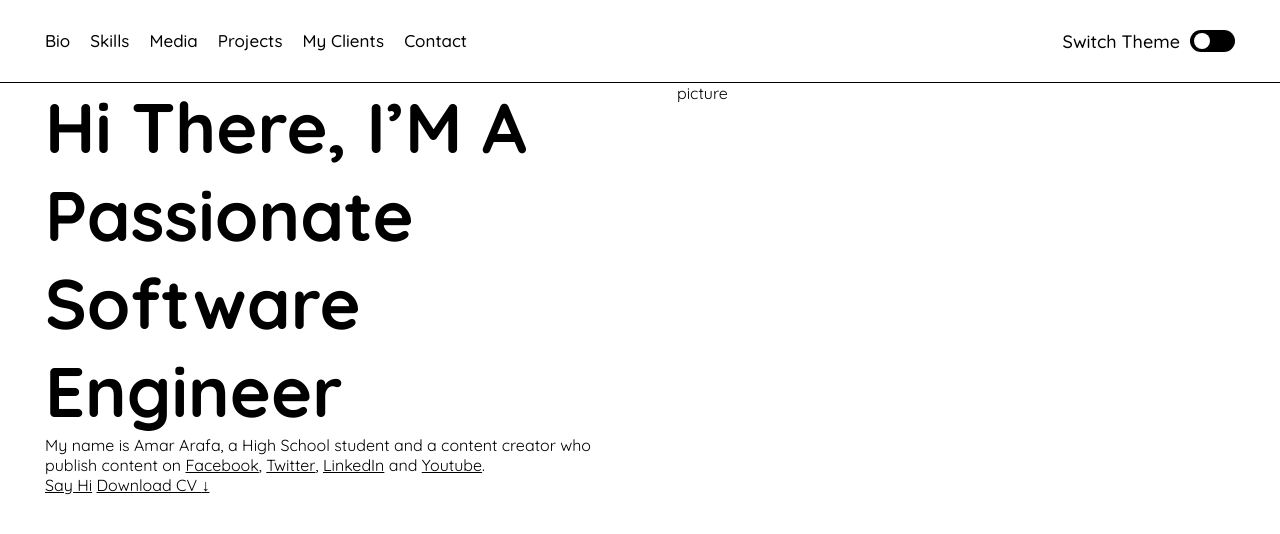
Repository: benarafa1/personal-website
Page: index.html
An editor plug-in stored every save of this project. The page is shown before and after the next save, followed by the edit.
The browser window is 1280 px wide. The pictures show the whole page.

Above is the page before, as saved 2025-04-12 07:27:58.

### index.html
<!DOCTYPE html>
<html lang="en">
  <head>
    <meta charset="UTF-8" />
    <meta name="viewport" content="width=device-width, initial-scale=1.0" />
    <link rel="preconnect" href="https://fonts.googleapis.com" />
    <link rel="preconnect" href="https://fonts.gstatic.com" crossorigin />
    <link rel="preconnect" href="https://fonts.googleapis.com" />
    <link rel="preconnect" href="https://fonts.gstatic.com" crossorigin />
    <link
      href="https://fonts.googleapis.com/css2?family=Quicksand:wght@300..700&family=Roboto:ital,wght@0,100;0,300;0,400;0,500;0,700;0,900;1,100;1,300;1,400;1,500;1,700;1,900&display=swap"
      rel="stylesheet"
    />

    <link rel="stylesheet" href="style.css" />
    <title>Amar Arafa</title>
  </head>

  <body>
    <div class="container">
      <header class="header">
        <nav class="navigation">
          <ul class="navigation__list">
            <li><a class="navigation__link" href="#">Bio</a></li>
            <li><a class="navigation__link" href="#">Skills</a></li>
            <li><a class="navigation__link" href="#">Media</a></li>
            <li><a class="navigation__link" href="#">Projects</a></li>
            <li><a class="navigation__link" href="#">My Clients</a></li>
            <li><a class="navigation__link" href="#">Contact</a></li>
          </ul>
        </nav>
        <div class="toggle">
          <h3 class="toggle__title">Switch Theme</h3>
          <input
            type="checkbox"
            name="toggle__checkbox"
            id="checkbox"
            class="toggle__checkbox"
          />
          <label for="checkbox" class="toggle__label"></label>
        </div>
      </header>
      <section class="bio section">
        <div class="bio__data-part">
          <h1 class="bio__heading">
            Hi There, I’M A Passionate Software Engineer
          </h1>
          <p class="bio__objevtive">
            My name is <span class="bio__name">Amar Arafa</span>, a High School
            student and a content creator who publish content on
            <a href="#" class="bio__Facebook">Facebook</a>,
            <a href="#" class="bio__Twitter">Twitter</a>,
            <a href="#" class="bio__LinkedIn">LinkedIn</a> and
            <a href="#" class="bio__Youtube">Youtube</a>.
          </p>
          <a href="#" class="bio__links say-hi-link">Say Hi</a>
          <a href="#" class="bio__links download-cv-link"
            >Download CV <span class="bio__arrow">↓</span></a
          >
        </div>
        <div class="bio__pic-part">picture</div>
      </section>
    </div>
  </body>
</html>

### style.css
:root {
  --container-width: 119rem;
  --gutter: 2rem;
  --color-black: #000;
  --color-white: #fff;
  --color-blue: #2374e1;
  --color-light-blue: #1d9bf0;
  --color-dark-blue: #0a66c2;
  --color-darker-blue: #143ce8;
  --color-red: #ff0000;
  --color-green: #03a696;
  --color-grey: #f6f6f6;
  --color-dark-green: #42959b;
  --color-background: var(--color-white);
  --color-text: var(--color-black);
  --color-box-img: var(--color-black);
  --color-link-bg: var(--color-black);
  --color-input-border: var(--color-black);
  --font-family-Roboto: "Roboto";
  --font-family-Quicksand: "Quicksand", sans-serif;
  --font-weight-regular: 400;
  --font-weight-medium: 500;
  --font-weight-semi-bold: 600;
  --font-weight-bold: 700;
  --font-size-70: 7rem;
  --font-size-65: 6.5rem;
  --font-size-40: 4rem;
  --font-size-38: 3.8rem;
  --font-size-24: 2.4rem;
  --font-size-22: 2.2rem;
  --font-size-20: 2rem;
  --font-size-18: 1.8rem;
  --font-size-15: 1.5rem;
  --transition-timing: 0.3s;
}

/* start CSS Reset */
*,
*::before,
*::after {
  box-sizing: border-box;
  margin: 0;
  padding: 0;
  font: inherit;
}

a {
  color: inherit;
  display: inline-block;
}

button {
  background-color: transparent;
  border: none;
  cursor: pointer;
}

ul,
ol {
  list-style: none;
}
/* end CSS Reset */

body {
  font-size: 1.6rem;
  font-family: var(--font-family-Quicksand);
}

html {
  font-size: 62.5%;
  scroll-behavior: smooth;
  scroll-padding-top: 11rem;
}

.container {
  margin: 0 auto;
  width: var(--container-width);
}

.navigation__list {
  display: flex;
  gap: 2rem;
}
.navigation__link:link,
.navigation__link:visited {
  font-weight: var(--font-weight-medium);
  text-decoration: none;
  font-size: 1.7rem;
}

.navigation__link:hover,
.navigation__link:active {
  text-decoration: underline;
}

.header {
  position: relative;
  padding: 3rem 0;
  display: flex;
  justify-content: center;
}
.header::before {
  content: "";
  position: absolute;
  height: 100%;
  width: 100vw;
  top: 0;
  z-index: -1;
  border-bottom: 0.1rem solid var(--color-input-border);
}

/* toggle start */
.toggle {
  display: flex;
  gap: 1rem;
  margin-left: auto;
}
.toggle__title {
  font-weight: var(--font-weight-medium);
  font-size: var(--font-size-18);
}
.toggle__checkbox {
  display: none;
}

.toggle__label {
  display: block;
  width: 4.5rem;
  height: 2.2rem;
  border-radius: 1.5rem;
  background-color: var(--color-black);
  cursor: pointer;
  padding: 0.3rem 0.4rem;
  transition: var(--transition-timing);
}

.toggle__label::before {
  content: "";
  display: block;
  width: 1.6rem;
  height: 1.6rem;
  border-radius: 50%;
  background-color: var(--color-white);
  transition: var(--transition-timing);
}

.toggle__checkbox:checked + .toggle__label {
  background-color: var(--color-white);
}
.toggle__checkbox:checked + .toggle__label::before {
  background-color: var(--color-black);
  transform: translateX(2.1rem);
}
/* toggle end */
.section {
  display: grid;
  align-items: start;
}
/* bio component start */
.bio {
  grid-template-columns: repeat(2, 1fr);
  gap: 7.4rem;
}

.bio__heading {
  font-size: var(--font-size-70);
  font-weight: var(--font-weight-bold);
}
.bio__objective {
  font-family: "Roboto", sans-serif;
}
/* bio component end */

After the next save:
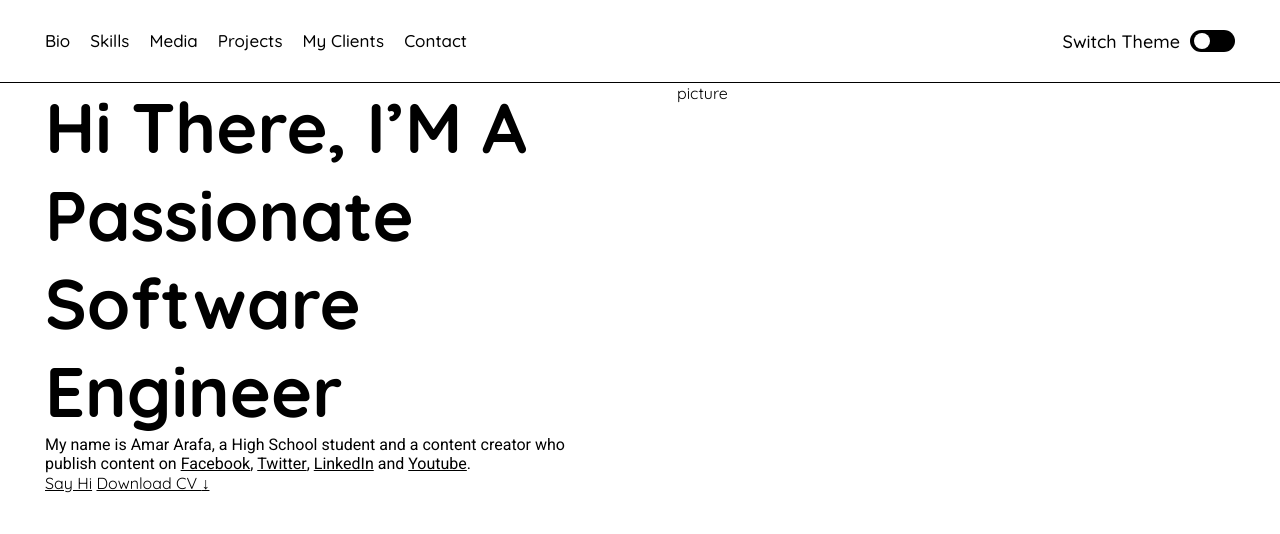
Saved 40 s later.
--- a/index.html
+++ b/index.html
@@ -45,7 +45,7 @@
           <h1 class="bio__heading">
             Hi There, I’M A Passionate Software Engineer
           </h1>
-          <p class="bio__objevtive">
+          <p class="bio__objective">
             My name is <span class="bio__name">Amar Arafa</span>, a High School
             student and a content creator who publish content on
             <a href="#" class="bio__Facebook">Facebook</a>,
